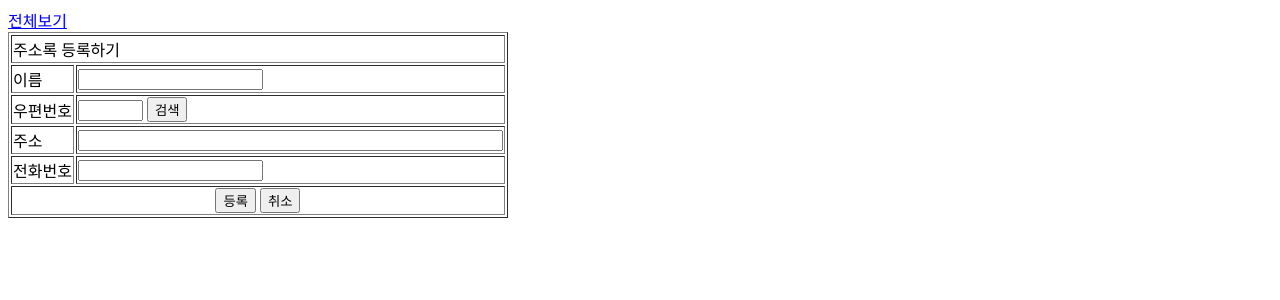
Repository: yubeens/JSP
Page: http://localhost/JSP_Project/jQueryAddress/insert.jsp
The author's editor kept a copy of each file at every save. The page is drawn from the files as they stood at one save, then again after the next save.
The browser window is 1280 px wide. The pictures show the whole page.
The page is served by Tomcat 9.

Above is the page before, as saved 2025-02-28 01:16:37.

After the next save:
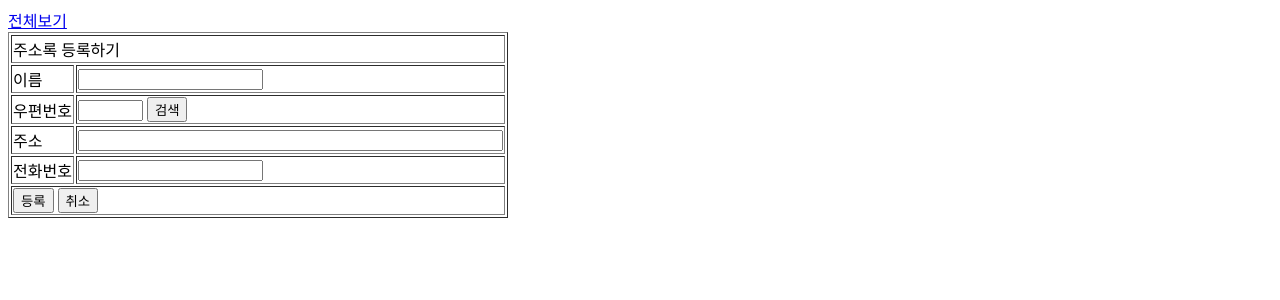
Saved 10 s later.
--- a/JSP_Project/src/main/webapp/jQueryAddress/insert.jsp
+++ b/JSP_Project/src/main/webapp/jQueryAddress/insert.jsp
@@ -32,7 +32,7 @@
                 <td><input type="text" name="phone"></td>
             </tr>
             <tr>
-                <td colspan="2" align="center">
+                <td colspan="2">
                     <button type="submit" value="등록">등록</button>
                     <button type="reset" value="취소">취소</button>
                 </td>
